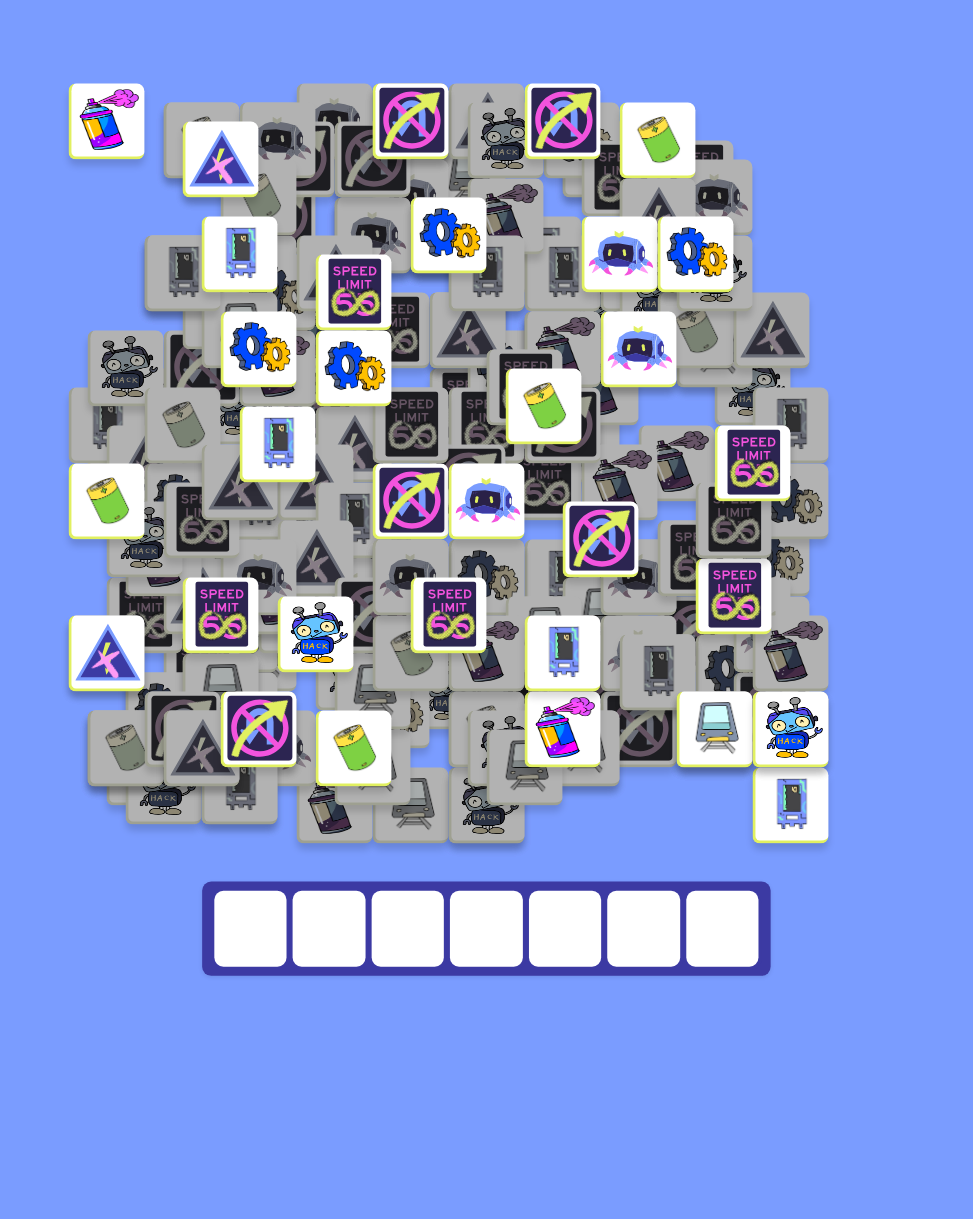
Repository: Avril-Cui/hack-puzzle
Page: / (app in client/)
These files come from the project's save history. The page is drawn as it stood at one moment and after a run of saves; the edit follows.
The browser window is 1280 px wide. The pictures show the whole page, at 76% of full size.
The project was rebuilt for these pictures with package versions that can differ from the ones it lists, and the page was loaded fresh each time. The framework's server and built-in components were replaced by stand-ins that run in the browser. Also part of the build but not shown: client/next.config.ts.

Above is the page before, as saved 2025-06-11 20:35:50.

After the next 2 saves:
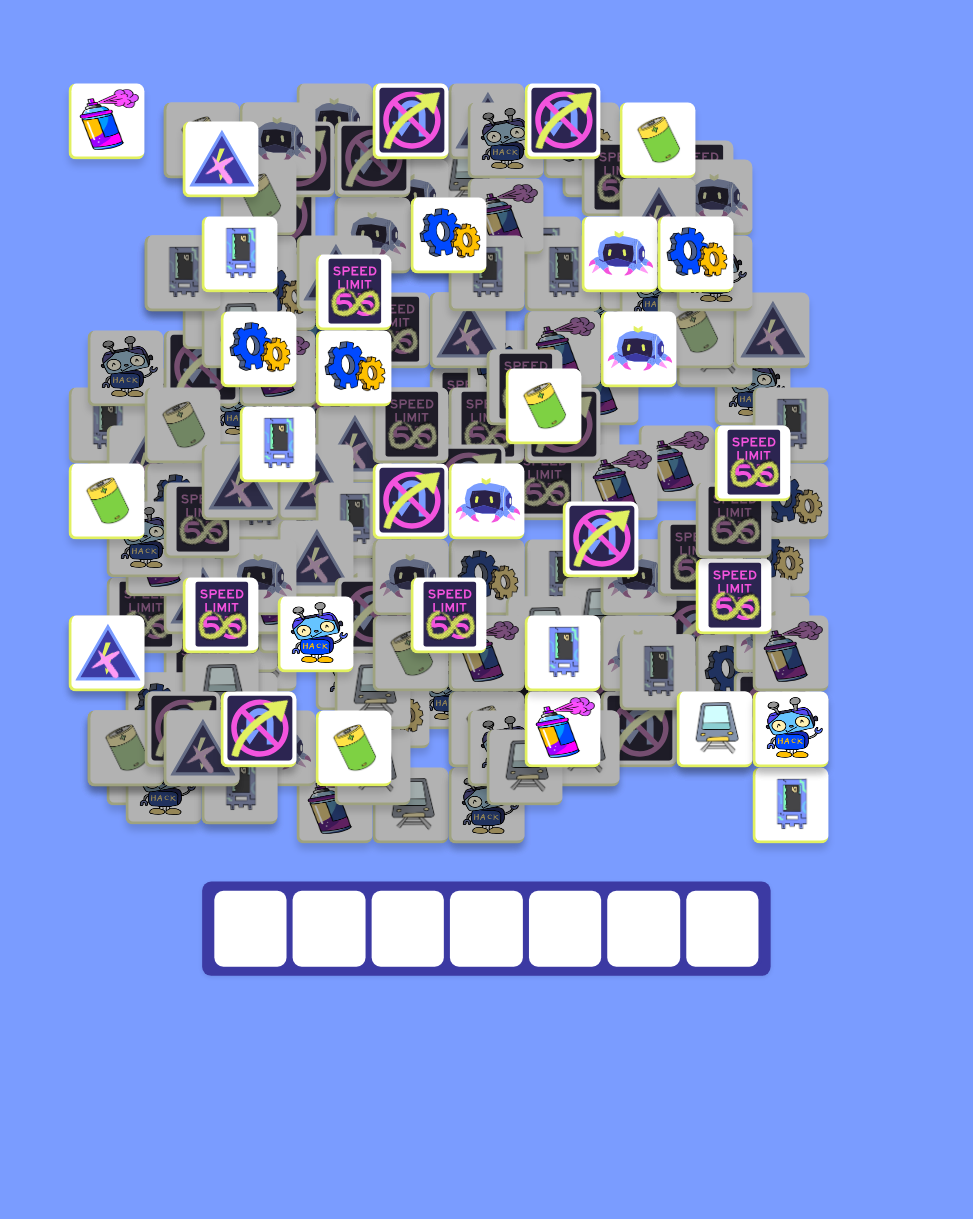
The 2 saves are shown as one change because they came seconds apart.
The last was saved 10 s later.
--- a/client/components/Game.module.css
+++ b/client/components/Game.module.css
@@ -94,6 +94,6 @@
 }
 
 .inactive {
-  filter: saturate(15%) brightness(70%);
+  filter: saturate(35%) brightness(70%);
   pointer-events: none;
 }
